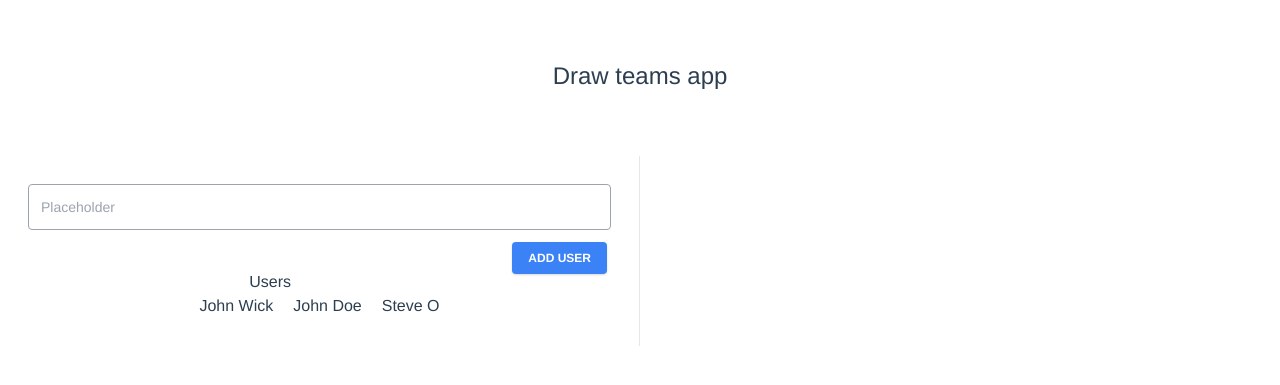
Repository: AlekJanevski/draw-teams-app
Page: /
These files come from the project's save history. The page is drawn as it stood at one moment and after the next save; the edit follows.
The browser window is 1280 px wide. The pictures show the whole page.
The project was rebuilt for these pictures with package versions that can differ from the ones it lists, and the page was loaded fresh each time.

Above is the page before, as saved 2021-03-18 20:59:01.

### src/components/HelloWorld.vue
<template>
  <div>
    <h1 class="mb-16 text-2xl">Draw teams app</h1>

    <!-- Add user wrapper starts -->
    <div class="w-1/2 h-full mb-3 border-r p-7">
      <form name="add-user" method="post" @submit.prevent="addUser">
        <!-- Add user input starts -->
        <input
          v-model="userInput"
          type="text"
          placeholder="Placeholder"
          class="relative w-full px-3 py-3 text-sm text-gray-700 placeholder-gray-400 bg-white border border-gray-400 rounded outline-none focus:outline-none focus:shadow-outline"
        />
        <!-- Add user input ends -->

        <!-- Add user button starts -->
        <button class="float-right px-4 py-2 mt-3 mb-1 mr-1 text-xs font-bold text-white uppercase bg-blue-500 rounded shadow outline-none active:bg-blue-600 hover:shadow-md focus:outline-none" type="submit" style="transition: all .15s ease">
          Add user
        </button>
        <!-- Add button ends -->
      </form>

      <div v-if="users.length">
        <h3>Users</h3>
        <ul>
          <li v-for="(user, id) in users" :key="id">
            {{ user.name }}
          </li>
        </ul>
      </div>
    </div>
    <!-- Add user wrapper ends -->
  </div>
</template>

<script>
export default {
  name: 'HelloWorld',

  data() {
    return {
      users: [
        { id: 1, name: 'John Wick' },
        { id: 2, name: 'John Doe' },
        { id: 3, name: 'Steve O' }
      ],
      userInput: ''
    }
  },

  methods: {
    addUser() {
        this.users.push({
        id:this.users.length+1,
        name: this.userInput
      });

      this.addTodoInput = '';
    }
  }
}
</script>

<!-- Add "scoped" attribute to limit CSS to this component only -->
<style scoped>
h3 {
  margin: 40px 0 0;
}
ul {
  list-style-type: none;
  padding: 0;
}
li {
  display: inline-block;
  margin: 0 10px;
}
a {
  color: #42b983;
}
</style>

Loaded but not shown: public/index.html (common file); src/main.js (common file); src/App.vue (common file); src/index.css (common file); tailwind.config.js (common file)

After the next save:
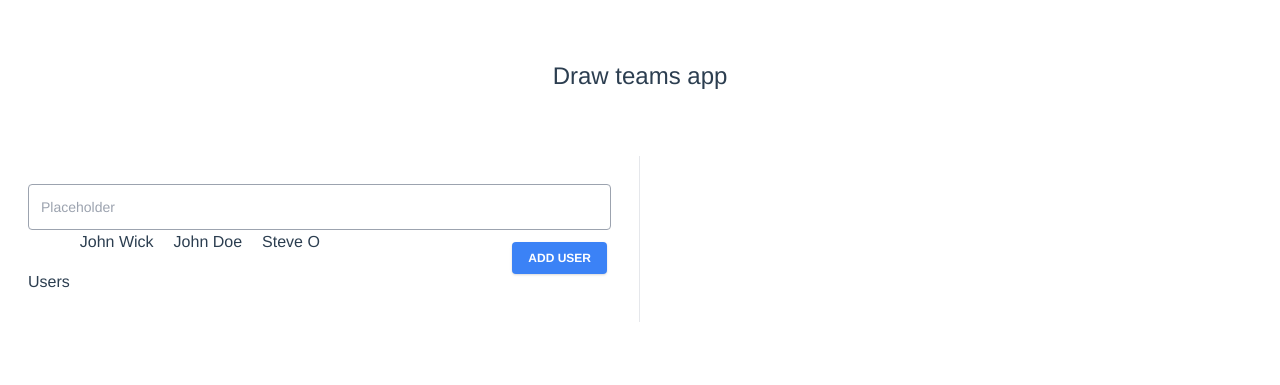
Saved 43 s later.
--- a/src/components/HelloWorld.vue
+++ b/src/components/HelloWorld.vue
@@ -21,7 +21,7 @@
         <!-- Add button ends -->
       </form>
 
-      <div v-if="users.length">
+      <div v-if="users.length" class="flex items-start justify-start">
         <h3>Users</h3>
         <ul>
           <li v-for="(user, id) in users" :key="id">
